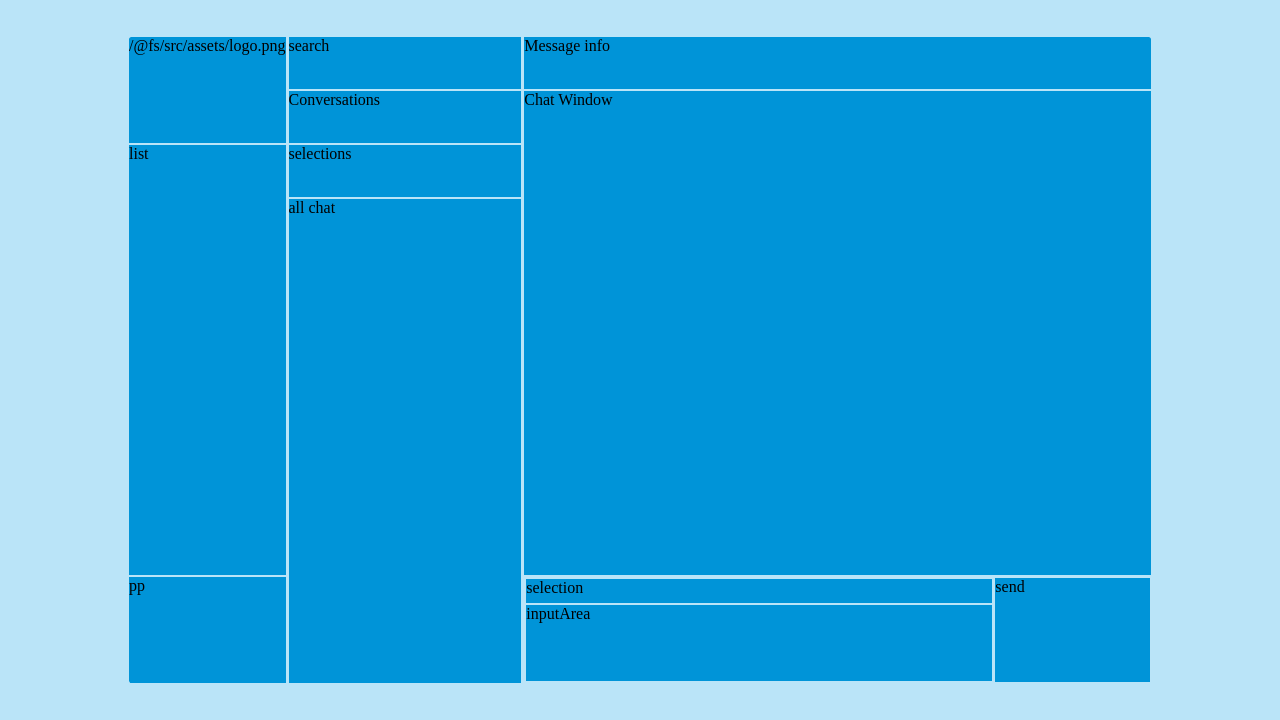
Repository: arafat877/super-chat
Page: /
These files come from the project's save history. The page is drawn as it stood at one moment and after the next save; the edit follows.
The browser window is 1280 px wide. The pictures show the whole page.
The project was rebuilt for these pictures with package versions that can differ from the ones it lists, and the page was loaded fresh each time.

Above is the page before, as saved 2020-08-04 22:38:52.

### public/index.html
<!DOCTYPE html>
<html lang="en">
  <head>
    <meta charset="utf-8" />
    <meta name="viewport" content="width=device-width, initial-scale=1" />
    <meta name="theme-color" content="#000000" />
    <meta
      name="description"
      content="Chat application with node.js, express, react.js, mongoDb and socket.io"
    />
    <link rel="stylesheet" href="styles.css">
    <title>Super Chat</title>
  </head>
  <body>
    <noscript>You need to enable JavaScript to run this app.</noscript>
    <div id="root"></div>
  </body>
</html>

### src/App.js
import React from "react";
import "./App.scss";
import logo from "./assets/logo.png"

function App() {
  return (
    <div className="appContainer">
      <div className="appWrapper">
        <div className="mainColumn">
          <div className="mcLogo">{logo}</div>
          <div className="mcList">list</div>
          <div className="mcPhoto">pp</div>
        </div>
        <div className="conversationsColumn">
          <div className="ccSearch">search</div>
          <div className="ccTitle">
            <span className="ccTitleSpan">Conversations</span>
          </div>
          <div className="ccSelection">selections</div>
          <div className="ccAllChat">all chat</div>
          {/* <div className="ccPrivate">private</div>
          <div className="ccGroups">groups</div> */}
        </div>
        <div className="messagesColumn">
          <div className="mecInfo">Message info</div>
          <div className="mecWindow">Chat Window</div>
          <div className="mecInput">
            <div className="inputColumn">
              <div className="inputSelection">selection</div>
              <div className="inputArea">inputArea</div>
            </div>
            <div className="inputSend">send</div>
          </div>
        </div>
      </div>
    </div>
  );
}

export default App;

### src/App.scss
:root {
  --main-bg-light: rgb(186, 228, 248);
  --main-bg-dark: rgb(32, 55, 66);
  --main-bg-hot: rgb(204, 98, 79);
  --main-bg-sweet: rgb(198, 255, 164);

  --wrapper-bg-light: rgb(0, 148, 216);
}

.appContainer {
  height: 100vh;
  background-color: var(--main-bg-light);
  display: flex;

  .appWrapper {
    height: 90vh;
    width: 80vw;
    background-color: var(--wrapper-bg-light);
    border-radius: 6px;
    margin: auto;
    display: grid;
    grid-template-columns: repeat(12, 1fr);

    .mainColumn {
      border-right: solid thin var(--main-bg-light);
      grid-column-start: 1;
      grid-column-end: 2;
      display: grid;
      grid-template-rows: repeat(12, 1fr);

      .mcLogo {
        border: solid thin var(--main-bg-light); //temporary
        grid-row-start: 1;
        grid-row-end: 3;
      }

      .mcList {
        border: solid thin var(--main-bg-light); //temporary
        grid-row-start: 3;
        grid-row-end: 11;
      }

      .mcPhoto {
        border: solid thin var(--main-bg-light); //temporary
        grid-row-start: 11;
        grid-row-end: 13;
      }
    }

    .conversationsColumn {
      border-right: solid thin var(--main-bg-light);
      grid-column-start: 2;
      grid-column-end: 5;
      display: grid;
      grid-template-rows: repeat(12, 1fr);

      .ccSearch {
        border: solid thin var(--main-bg-light); //temporary
        grid-row-start: 1;
        grid-row-end: 2;
      }

      .ccTitle {
        border: solid thin var(--main-bg-light); //temporary
        grid-row-start: 2;
        grid-row-end: 3;
      }

      .ccSelection {
        border: solid thin var(--main-bg-light); //temporary
        grid-row-start: 3;
        grid-row-end: 4;
      }
      .ccAllChat {
        border: solid thin var(--main-bg-light); //temporary
        grid-row-start: 4;
        grid-row-end: 13;
      }
    }
    .messagesColumn {
      grid-column-start: 5;
      grid-column-end: 13;
      display: grid;
      grid-template-rows: repeat(12, 1fr);

      .mecInfo {
        border: solid thin var(--main-bg-light); //temporary
        grid-row-start: 1;
        grid-row-end: 2;
      }
      .mecWindow {
        border: solid thin var(--main-bg-light); //temporary
        grid-row-start: 2;
        grid-row-end: 11;
      }
      .mecInput {
        border: solid thin var(--main-bg-light); //temporary
        grid-row-start: 11;
        grid-row-end: 13;
        display: grid;
        grid-template-columns: repeat(12, 1fr);

        .inputColumn {
          border: solid thin var(--main-bg-light); //temporary
          grid-column-start: 1;
          grid-column-end: 10;
          display: grid;
          grid-template-rows: repeat(12, 1fr);

          .inputSelection {
            border: solid thin var(--main-bg-light); //temporary
            grid-row-start: 1;
            grid-row-end: 4;
          }
          .inputArea {
            border: solid thin var(--main-bg-light); //temporary
            grid-row-start: 4;
            grid-row-end: 13;
          }
        }

        .inputSend {
          border: solid thin var(--main-bg-light); //temporary
          grid-column-start: 10;
          grid-column-end: 13;
        }
      }
    }
  }
}

Loaded but not shown: src/index.js (common file); public/styles.css (common file)

After the next save:
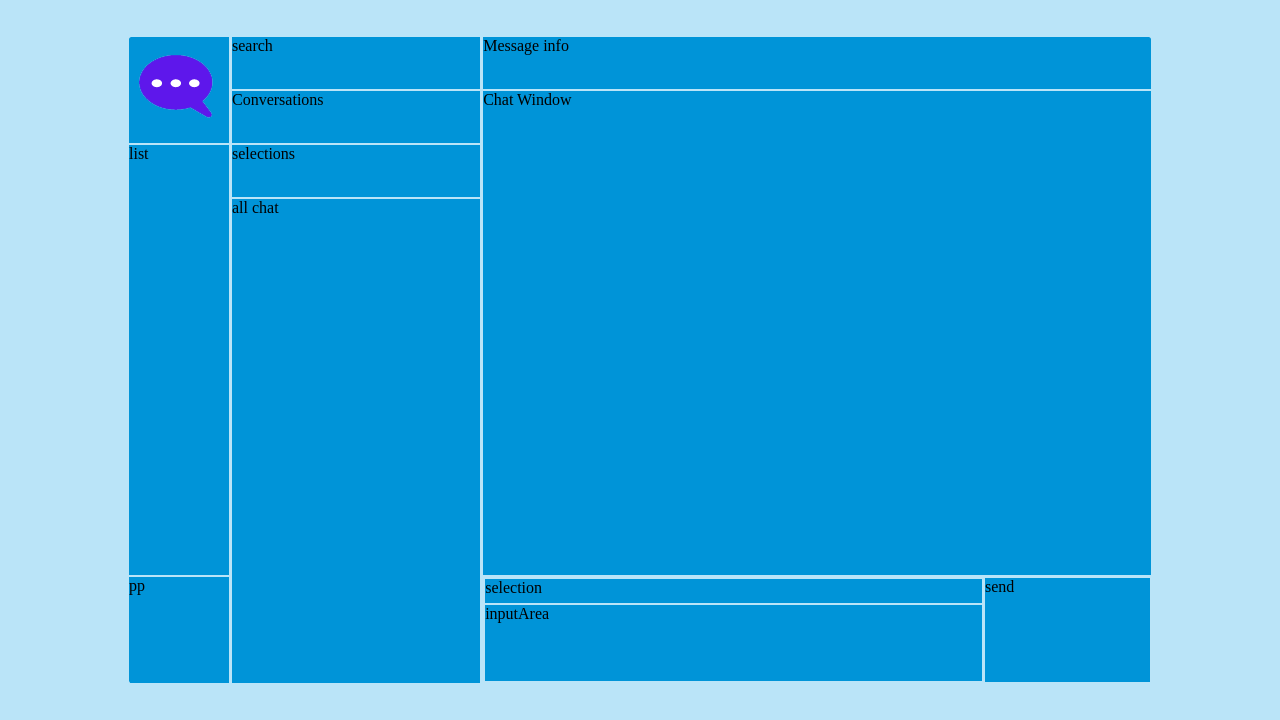
Saved 21 s later.
--- a/src/App.js
+++ b/src/App.js
@@ -7,7 +7,7 @@ function App() {
     <div className="appContainer">
       <div className="appWrapper">
         <div className="mainColumn">
-          <div className="mcLogo">{logo}</div>
+          <div className="mcLogo"><img src={logo}/></div>
           <div className="mcList">list</div>
           <div className="mcPhoto">pp</div>
         </div>
